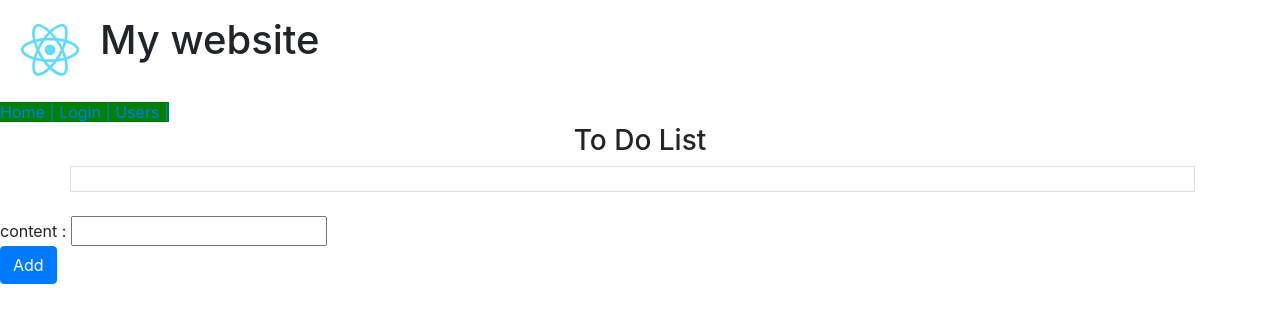
Repository: Marwa-Medhat/ReactJS-Labs
Page: / (app in myapp/), after clicking the first element matching `button.btn`
These files come from the project's save history. The page is drawn as it stood at one moment and after the next save; the edit follows.
The browser window is 1280 px wide. The pictures show the whole page.
The project was rebuilt for these pictures with package versions that can differ from the ones it lists, and the page was loaded fresh each time.

Above is the page before, as saved 2021-04-28 20:07:35.

After the next save:
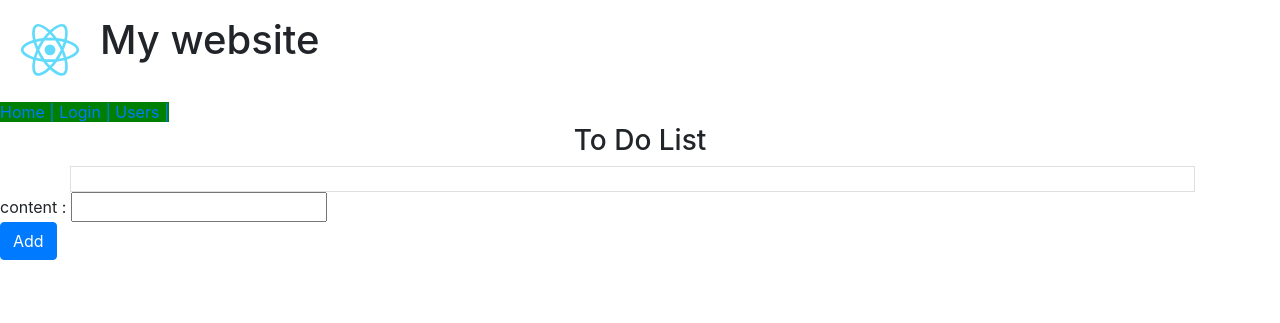
Saved 61 s later.
--- a/myapp/src/App2.js
+++ b/myapp/src/App2.js
@@ -88,7 +88,7 @@ class DisplayTask extends React.Component{
     render(){
         return <div>
     <a href="#" class="list-group-item list-group-item-action " style={{marginBottom:"auto"}}><i className="bi bi-x-square-fill" ></i>
-{this.props.content.content}</a><br/>
+{this.props.content.content}</a>
 
         </div>
     }
